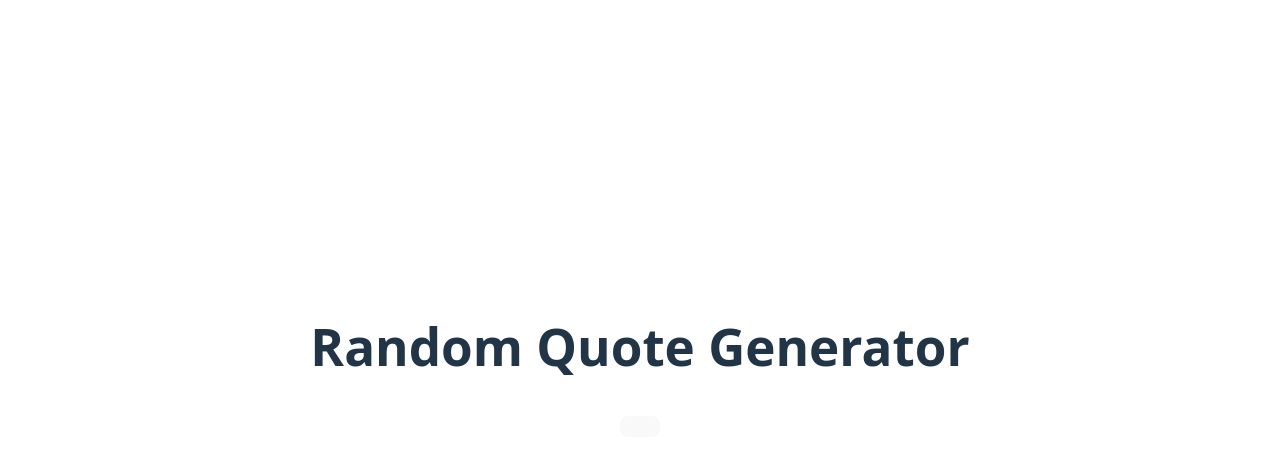
Repository: Vaibhav979/Quote-Generator
Page: / (app in QuoteGen-View/)
These files come from the project's save history. The page is drawn as it stood at one moment and after the next save; the edit follows.
The browser window is 1280 px wide. The pictures show the whole page.
The project was rebuilt for these pictures with package versions that can differ from the ones it lists, and the page was loaded fresh each time. Also part of the build but not shown: QuoteGen-View/vite.config.js.

Above is the page before, as saved 2025-08-12 23:35:35.

### QuoteGen-View/src/App.jsx
import { useState } from 'react'
import reactLogo from './assets/react.svg'
import viteLogo from '/vite.svg'
import './App.css'

function App() {
  const [quote, setQuote] = useState("")

  const fetchQuote = async () => {
    try {
      const res = await fetch("http://localhost:8080/quote");
      const text = await res.text();
      setQuote(text);
    }catch (error) {
      setQuote("Error fetching quote");
    }
  };

  return (
    <>
    <div>
      <h1>Random Quote Generator</h1>
      <button></button>
    </div>
    </>
  )
}

export default App

Loaded but not shown: QuoteGen-View/index.html (common file); QuoteGen-View/src/main.jsx (common file); QuoteGen-View/src/index.css (common file); QuoteGen-View/src/App.css (common file)

After the next save:
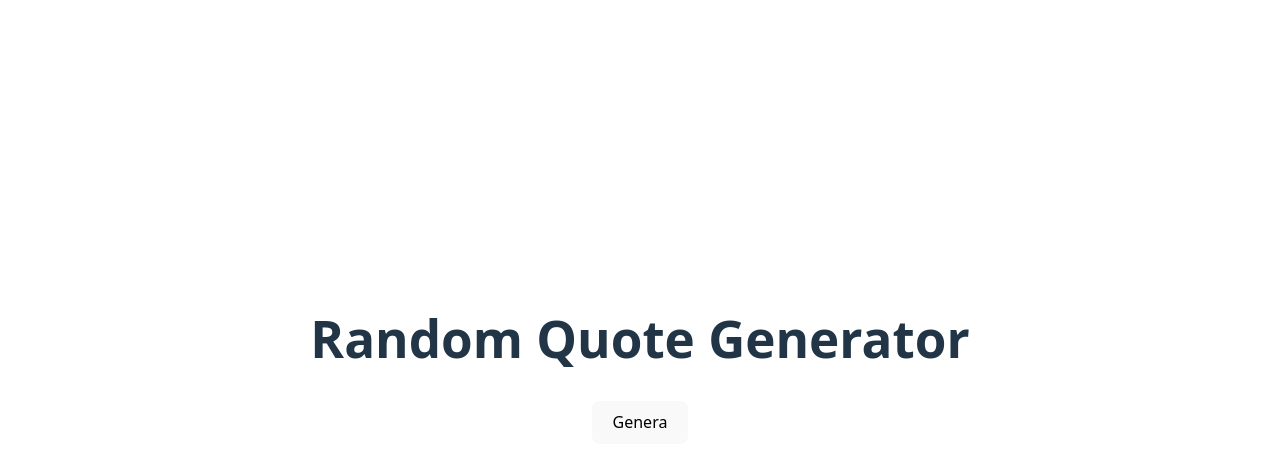
Saved 7 s later.
--- a/QuoteGen-View/src/App.jsx
+++ b/QuoteGen-View/src/App.jsx
@@ -20,7 +20,7 @@ function App() {
     <>
     <div>
       <h1>Random Quote Generator</h1>
-      <button></button>
+      <button>Genera</button>
     </div>
     </>
   )
